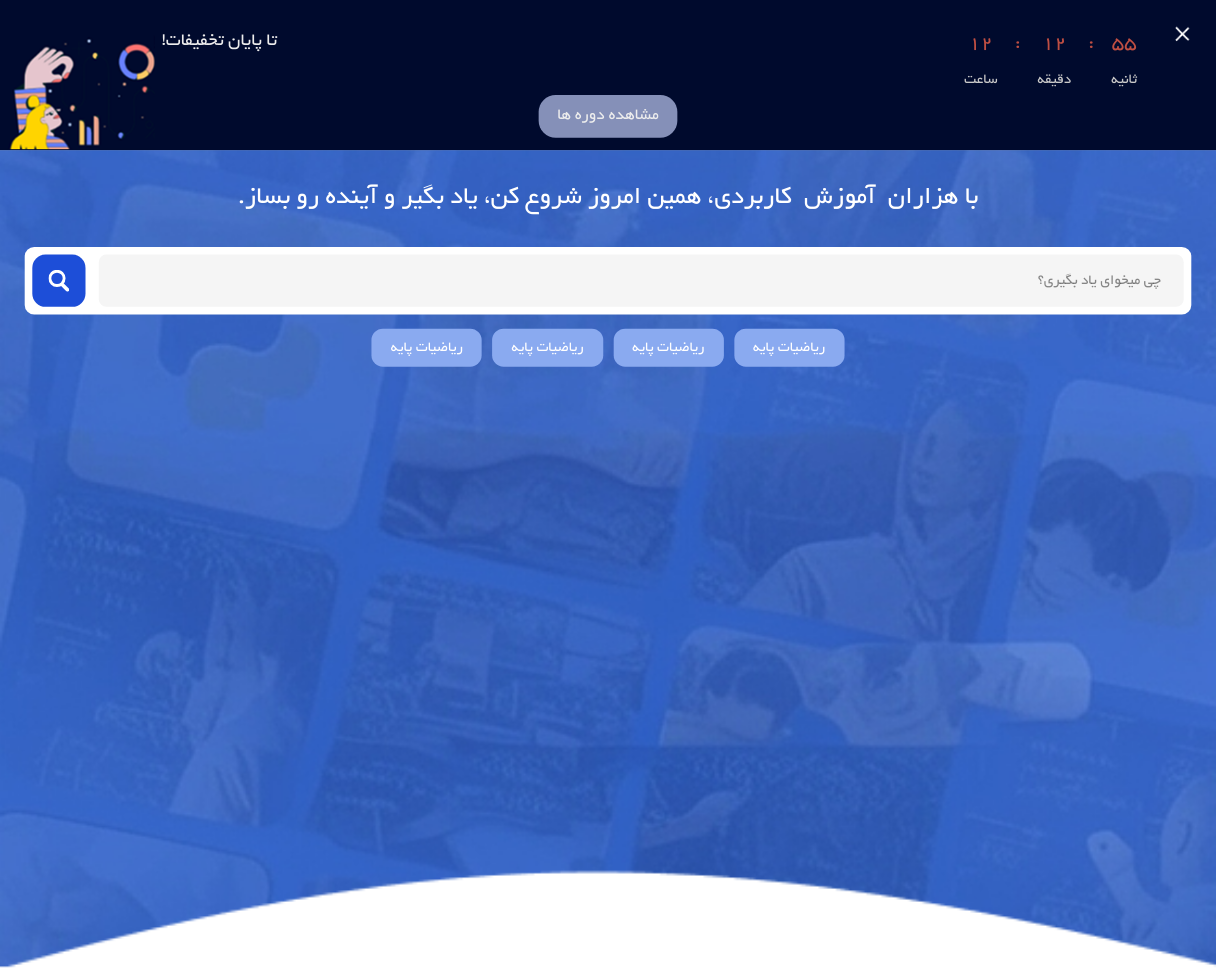
Repository: sinafath/fradars
Page: /
The author's editor kept a copy of each file at every save. The page is drawn from the files as they stood at one save, then again after the next save.
The browser window is 1280 px wide. The pictures show the whole page, at 95% of full size.
The project was rebuilt for these pictures with package versions that can differ from the ones it lists, and the page was loaded fresh each time. The framework's server and built-in components were replaced by stand-ins that run in the browser. Also part of the build but not shown: next.config.ts.

Above is the page before, as saved 2025-09-21 20:03:45.

After the next save:
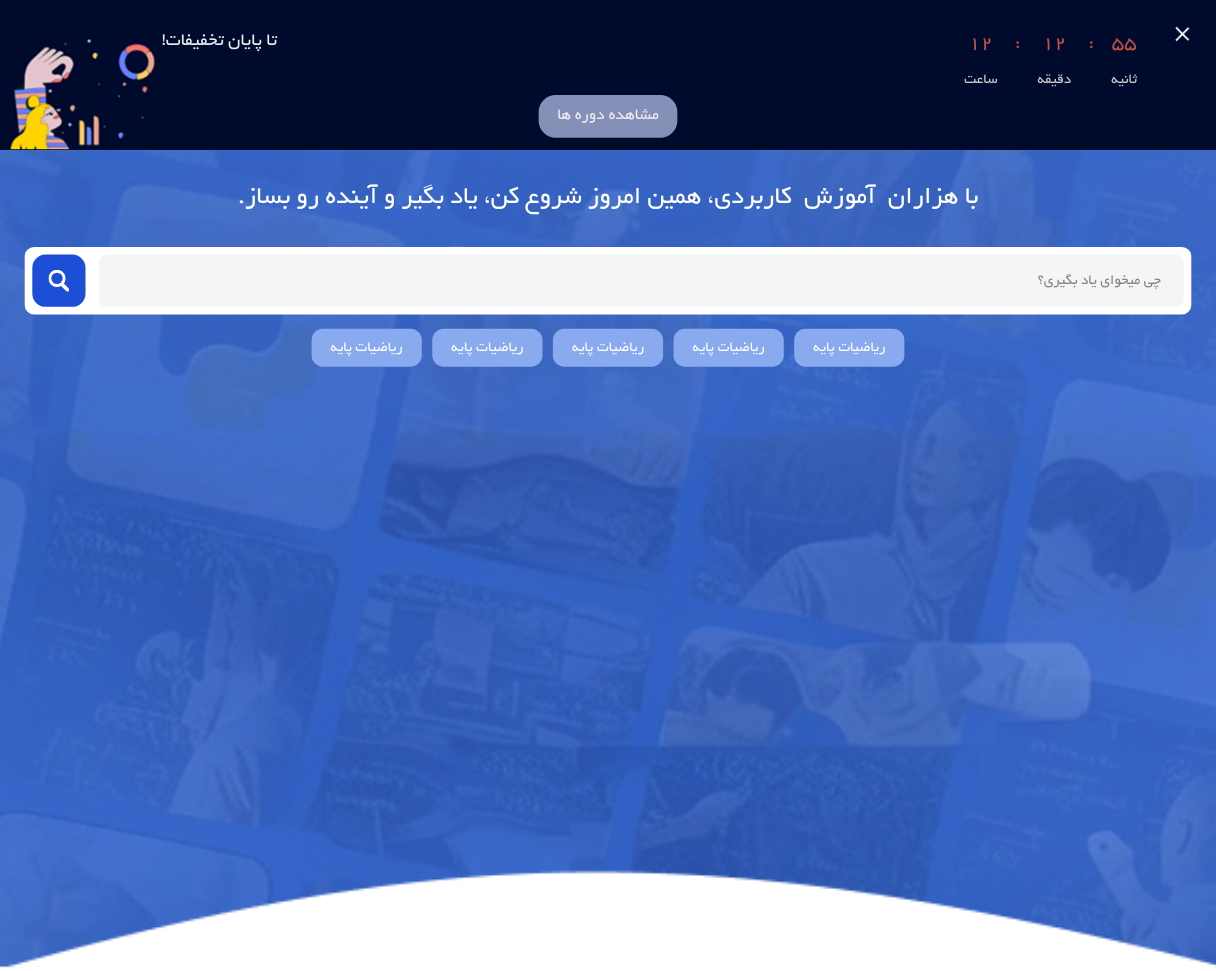
Saved 4 s later.
--- a/src/app/page.tsx
+++ b/src/app/page.tsx
@@ -55,6 +55,7 @@
                             <div className="rounded-[12px] text-[16px] px-[20px] py-[8px] bg-[#8AAAF0] text-white"> ریاضیات پایه </div>
               <div className="rounded-[12px] text-[16px] px-[20px] py-[8px] bg-[#8AAAF0] text-white"> ریاضیات پایه </div>
               <div className="rounded-[12px] text-[16px] px-[20px] py-[8px] bg-[#8AAAF0] text-white"> ریاضیات پایه </div>
+              <div className="rounded-[12px] text-[16px] px-[20px] py-[8px] bg-[#8AAAF0] text-white"> ریاضیات پایه </div>
 
             </Row>
         <Image
